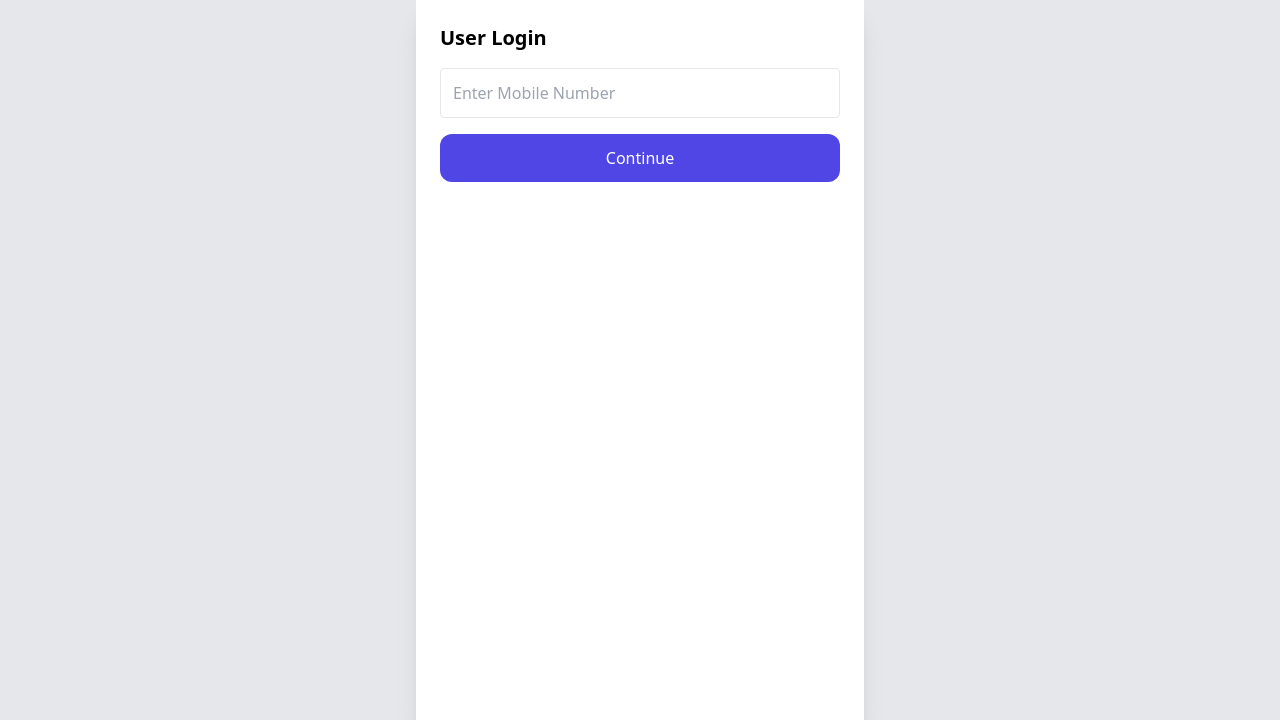
Repository: AnushkaGupta1120/KYC-App
Page: /, after clicking the first element matching `button.bg-indigo-600`
An editor plug-in stored every save of this project. The page is shown before and after the next save, followed by the edit.
The browser window is 1280 px wide. The pictures show the whole page.
The project was rebuilt for these pictures with package versions that can differ from the ones it lists, and the page was loaded fresh each time. Also part of the build but not shown: vite.config.js, src/screens/RegisterUser.jsx, src/screens/OTPVerify.jsx, src/screens/AdminPanel.jsx, src/components/steps/Step1Personal.jsx, src/components/UploadBox.js, src/components/steps/Step2Documents.jsx, src/components/CameraView.jsx and 3 more.

Above is the page before, as saved 2025-12-11 13:12:05.

After the next save:
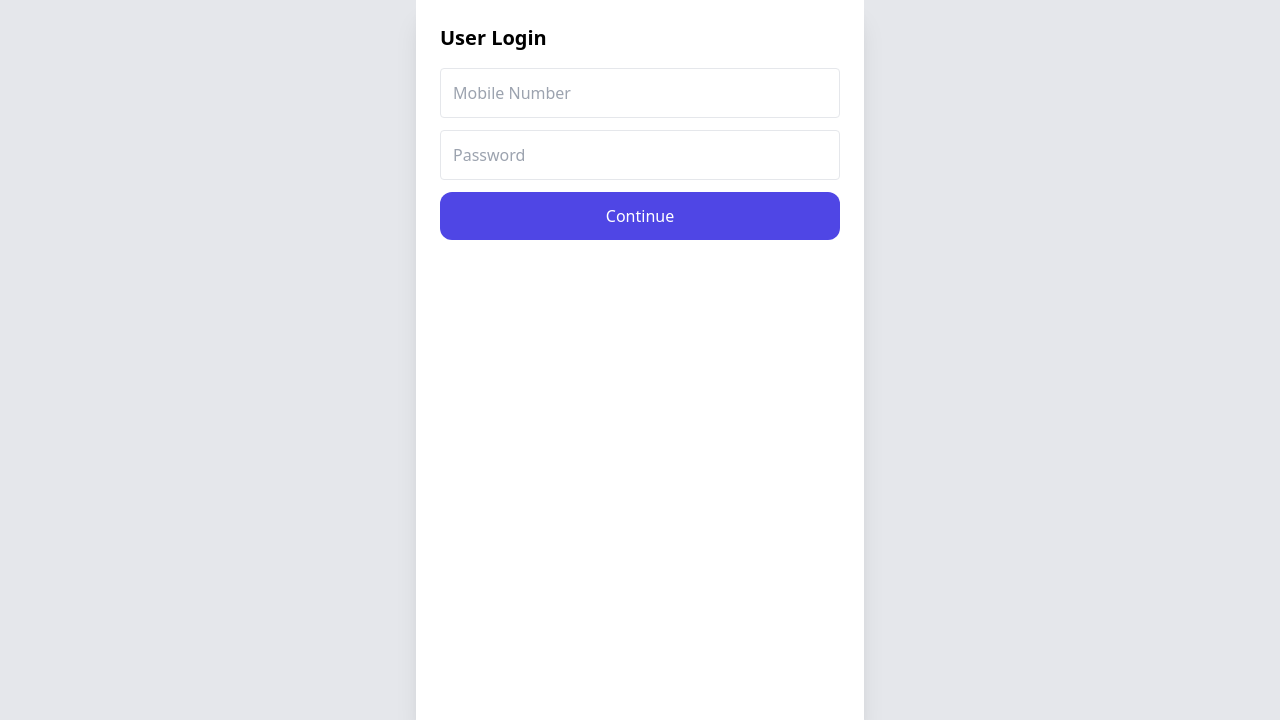
Saved 9 s later.
--- a/src/screens/UserLogin.jsx
+++ b/src/screens/UserLogin.jsx
@@ -2,23 +2,29 @@ import React, { useState } from "react";
 
 export default function UserLogin({ setCurrentScreen, setUserRole, setUserId }) {
   const [mobile, setMobile] = useState("");
+  const [password, setPassword] = useState("");
 
   const handleLogin = () => {
-    if (!mobile || mobile.length < 10) {
-      alert("Please enter a valid mobile number");
+    const saved = JSON.parse(localStorage.getItem("user_account"));
+
+    if (!saved) {
+      alert("No account found. Please register.");
       return;
     }
 
-    // ⭐ Save login persistently
+    if (saved.mobile !== mobile || saved.password !== password) {
+      alert("Invalid mobile or password.");
+      return;
+    }
+
+    // Login success
     localStorage.setItem("is_logged_in", "true");
     localStorage.setItem("user_id", mobile);
 
-    // ⭐ Store user ID in React state
+    setUserRole("user");
     setUserId(mobile);
-    setUserRole("user");
 
-    // Continue to OTP or dashboard (depending on your design)
-    setCurrentScreen("otp_verify");
+    setCurrentScreen("dashboard");
   };
 
   return (
@@ -27,10 +33,18 @@ export default function UserLogin({ setCurrentScreen, setUserRole, setUserId })
 
       <input
         type="text"
-        placeholder="Enter Mobile Number"
+        placeholder="Mobile Number"
         value={mobile}
         onChange={(e) => setMobile(e.target.value)}
-        className="w-full border p-3 rounded mb-4"
+        className="w-full border p-3 rounded mb-3"
+      />
+
+      <input
+        type="password"
+        placeholder="Password"
+        value={password}
+        onChange={(e) => setPassword(e.target.value)}
+        className="w-full border p-3 rounded mb-3"
       />
 
       <button
